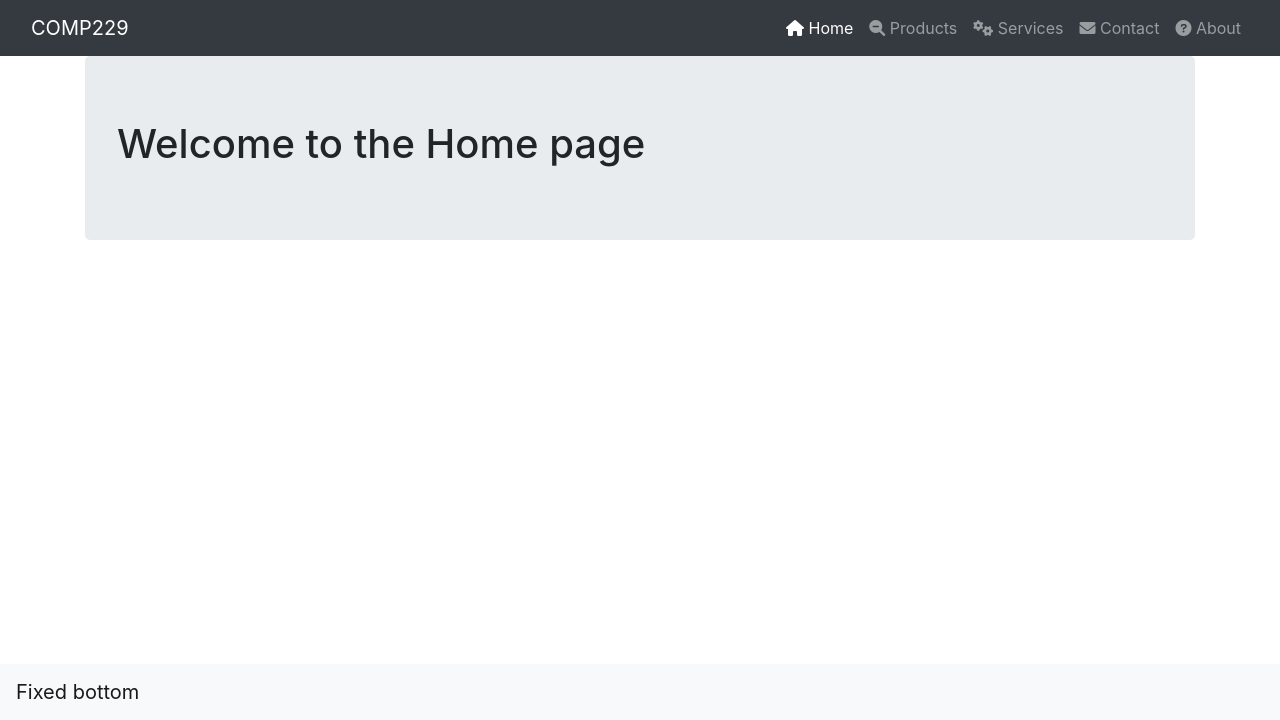
Repository: arsh16/week3_demo2
Page: http://localhost/
The author's editor kept a copy of each file at every save. The page is drawn from the files as they stood at one save, then again after the next save.
The browser window is 1280 px wide. The pictures show the whole page.
Some web libraries are served in a nearby version. The page is served by the project's Node server (server.js). Other server files are loaded and not shown.

Above is the page before, as saved 2021-09-30 12:09:48.

### views/index.ejs
<!DOCTYPE html>
<html lang="en">
<head>
  <meta charset="UTF-8">
  <meta http-equiv="X-UA-Compatible" content="IE=edge">
  <meta name="viewport" content="width=device-width, initial-scale=1.0">
  <title><%= title %></title>

  <!--css-->
  <link rel='stylesheet' href='/Content/app.css' />

<!--These stylesheets were saying 404 in console-->

  <!--<link rel="stylesheet" href="/bootstrap/dist/bootstrap.min.css">
  <link rel="stylesheet" href='/@fortawesome/fontawesome-free/css/all.min.css'-->

  <link rel="stylesheet" href="https://cdn.jsdelivr.net/npm/bootstrap@4.6.0/dist/css/bootstrap.min.css" integrity="sha384-B0vP5xmATw1+K9KRQjQERJvTumQW0nPEzvF6L/Z6nronJ3oUOFUFpCjEUQouq2+l" crossorigin="anonymous">
 <link rel="stylesheet" href="https://cdnjs.cloudflare.com/ajax/libs/font-awesome/6.0.0-beta2/css/all.min.css" integrity="sha512-YWzhKL2whUzgiheMoBFwW8CKV4qpHQAEuvilg9FAn5VJUDwKZZxkJNuGM4XkWuk94WCrrwslk8yWNGmY1EduTA==" crossorigin="anonymous" referrerpolicy="no-referrer" />


</head>

<!--body-->
<body>

  <!--main nav-->
  <nav class="navbar navbar-expand-lg navbar-dark bg-dark">
    <div class="container-fluid">
      <a class="navbar-brand" href="/home">COMP229</a>
      <button class="navbar-toggler" type="button" data-bs-toggle="collapse" data-bs-target="#navbarSupportedContent" aria-controls="navbarSupportedContent" aria-expanded="false" aria-label="Toggle navigation">
        <span class="navbar-toggler-icon"></span>
      </button>

      <div class="collapse navbar-collapse" id="navbarSupportedContent">
        <ul class="navbar-nav ml-auto mb-2 mb-lg-0">

          <% if (title=="Home"){%>
          <li class="nav-item active"><%}
          else {%>
              <li class="nav-item"><% }%>

            <a class="nav-link" aria-current="page" href="/home"><i class="fas fa-home"></i> Home </a>
          </li>

          <% if (title=="Products"){%>
          <li class="nav-item active"><%}
          else {%>
              <li class="nav-item"><% }%>
            <a class="nav-link" href="/products"><i class="fas fa-search-minus"></i> Products </a>
          </li>

          <% if (title=="Services"){%>
          <li class="nav-item active"><%}
          else {%>
              <li class="nav-item"><% }%>
            <a class="nav-link" href="/services"><i class="fas fa-cogs"></i> Services </a>
          </li>

          <% if (title=="Contact"){%>
          <li class="nav-item active"><%}
          else {%>
              <li class="nav-item"><% }%>
            <a class="nav-link" href="/contact"><i class="fas fa-envelope"></i> Contact </a>
          </li>

          <% if (title=="About"){%>
          <li class="nav-item active"><%}
          else {%>
              <li class="nav-item"><% }%>
            <a class="nav-link" href="/about"><i class="fas fa-question-circle"></i> About </a>


        </ul>

      </div>
    </div>
  </nav>

  <main class="container">
    <div class="jumbotron">
    <h1>Welcome to the <%= title %> page</h1>

  </div>
  </main>

  <footer>
    <nav class="navbar fixed-bottom navbar-light bg-light">
    <a class="navbar-brand" href="#">Fixed bottom</a>
    </nav>
    </footer>

  <!--scripts-->
  <script src="https://ajax.googleapis.com/ajax/libs/jquery/2.1.1/jquery.min.js"></script>
 <!-- <script src="/jquery/dist/jquery.min.js"></script>-->
  <script src="/Scripts/app.js"></script>
</body>
</html>

### server.js
#!/usr/bin/env node

/**
 * Module dependencies.
 */

var app = require('./app');
var debug = require('debug')('assignment1:server');
var http = require('http');

/**
 * Get port from environment and store in Express.
 */

var port = normalizePort(process.env.PORT || '3000');
app.set('port', port);

/**
 * Create HTTP server.
 */

var server = http.createServer(app);

/**
 * Listen on provided port, on all network interfaces.
 */

server.listen(port);
server.on('error', onError);
server.on('listening', onListening);

/**
 * Normalize a port into a number, string, or false.
 */

function normalizePort(val) {
  var port = parseInt(val, 10);

  if (isNaN(port)) {
    // named pipe
    return val;
  }

  if (port >= 0) {
    // port number
    return port;
  }

  return false;
}

/**
 * Event listener for HTTP server "error" event.
 */

function onError(error) {
  if (error.syscall !== 'listen') {
    throw error;
  }

  var bind = typeof port === 'string'
    ? 'Pipe ' + port
    : 'Port ' + port;

  // handle specific listen errors with friendly messages
  switch (error.code) {
    case 'EACCES':
      console.error(bind + ' requires elevated privileges');
      process.exit(1);
      break;
    case 'EADDRINUSE':
      console.error(bind + ' is already in use');
      process.exit(1);
      break;
    default:
      throw error;
  }
}

/**
 * Event listener for HTTP server "listening" event.
 */

function onListening() {
  var addr = server.address();
  var bind = typeof addr === 'string'
    ? 'pipe ' + addr
    : 'port ' + addr.port;
  debug('Listening on ' + bind);
}

### routes/index.js
var express = require('express');
var router = express.Router();

/* GET home page. */
router.get('/', function(req, res, next) {
  res.render('index', { title: 'Home' });
});

router.get('/home', function(req, res, next) {
  res.render('index', { title: 'Home' });
});


router.get('/about', function(req, res, next) {
  res.render('index', { title: 'About' });
});

router.get('/products', function(req, res, next) {
  res.render('index', { title: 'Products'});
});

router.get('/services', function(req, res, next) {
  res.render('index', { title: 'Services' });
});

router.get('/contact', function(req, res, next) {
  res.render('index', { title: 'Contact' });
});

module.exports = router;

### app.js
let createError = require('http-errors');
let express = require('express');
let path = require('path');
let cookieParser = require('cookie-parser');
let logger = require('morgan');

let indexRouter = require('./routes/index');
let usersRouter = require('./routes/users');

let app = express();

// view engine setup
app.set('views', path.join(__dirname, 'views'));
app.set('view engine', 'ejs');

app.use(logger('dev'));
app.use(express.json());
app.use(express.urlencoded({ extended: false }));
app.use(cookieParser());
app.use(express.static(path.join(__dirname, 'public')));

app.use('/', indexRouter);
app.use('/users', usersRouter);

// catch 404 and forward to error handler
app.use(function(req, res, next) {
  next(createError(404));
});

// error handler
app.use(function(err, req, res, next) {
  // set locals, only providing error in development
  res.locals.message = err.message;
  res.locals.error = req.app.get('env') === 'development' ? err : {};

  // render the error page
  res.status(err.status || 500);
  res.render('error');
});

module.exports = app;

### public/Content/app.css
/*-custom css--*/

### public/Scripts/app.js
/*IIFE*/

(function()
{
    function Start()
    {
        console.log("App started...");
    }
    window.addEventListener("load", Start);
})();

After the next save:
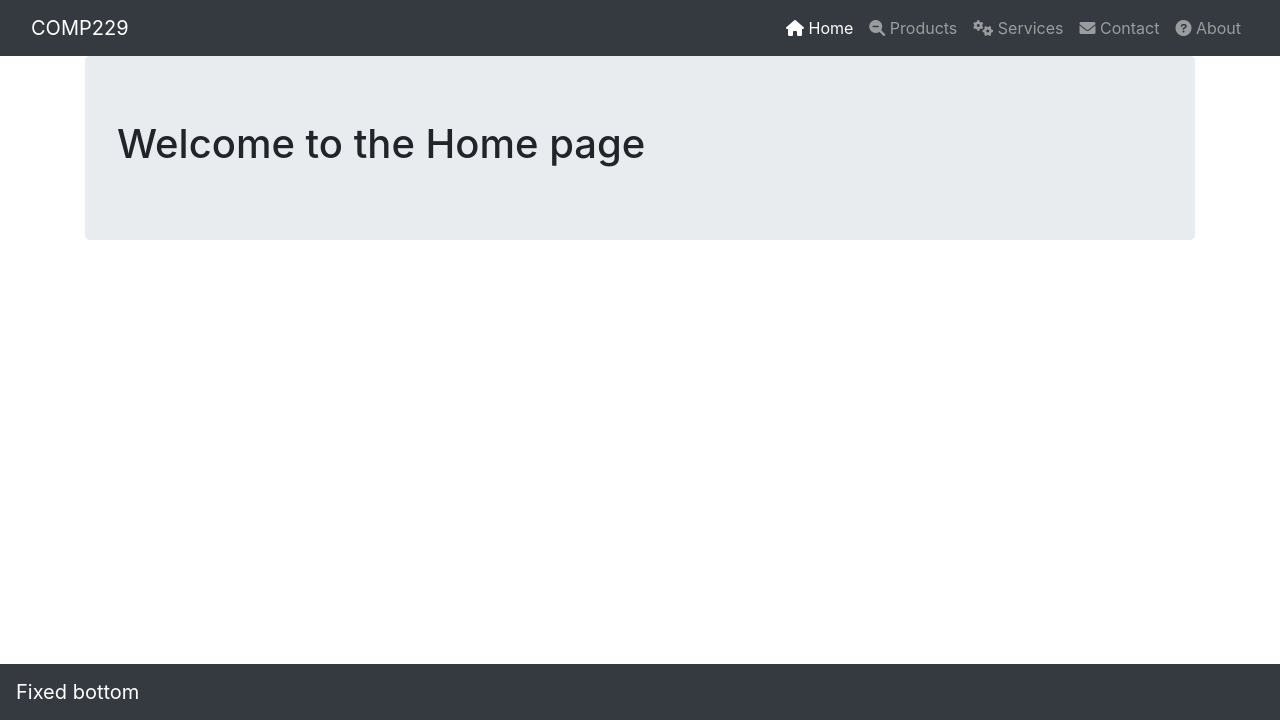
Saved 23 s later.
--- a/views/index.ejs
+++ b/views/index.ejs
@@ -84,7 +84,7 @@
   </main>
 
   <footer>
-    <nav class="navbar fixed-bottom navbar-light bg-light">
+    <nav class="navbar fixed-bottom navbar-dark bg-dark">
     <a class="navbar-brand" href="#">Fixed bottom</a>
     </nav>
     </footer>
